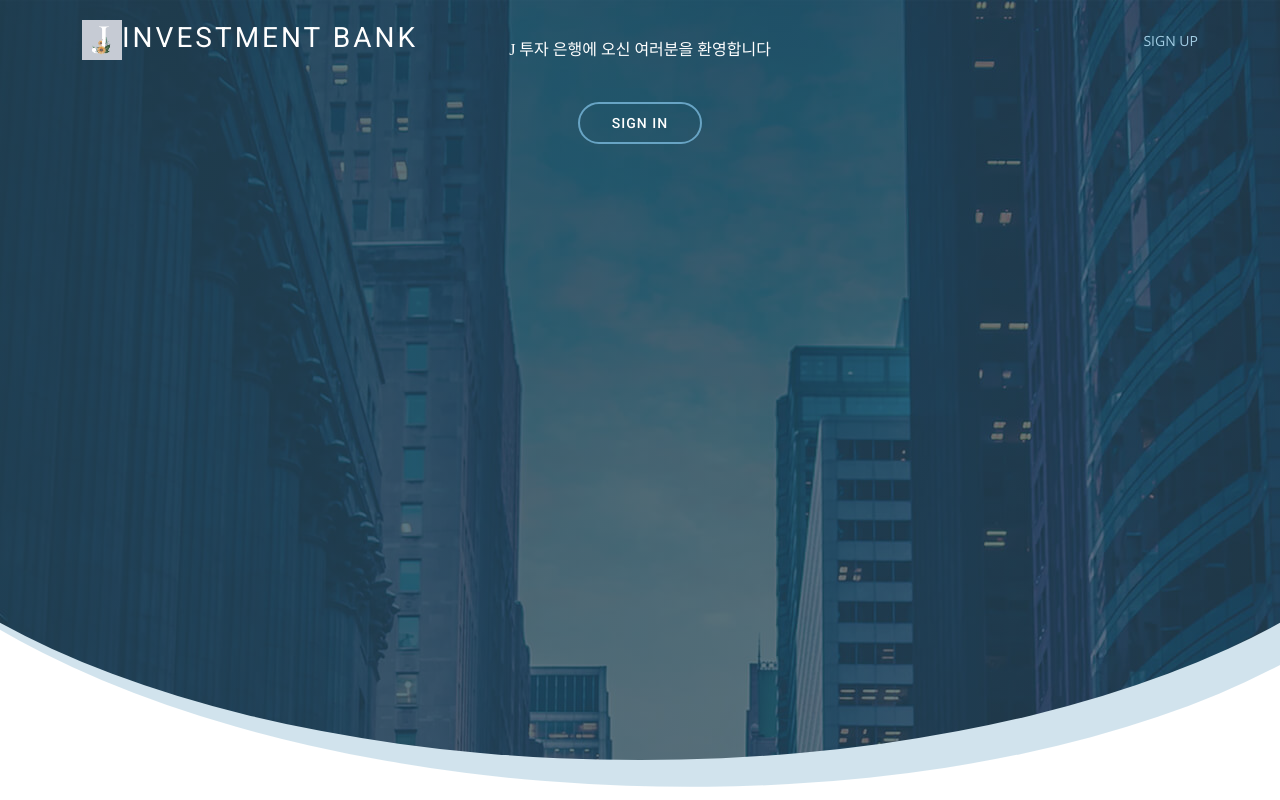
Repository: chopilyeon/HanaOpenBanking
Page: http://localhost/OpenBanking/
An editor plug-in stored every save of this project. The page is shown before and after the next save, followed by the edit.
The browser window is 1280 px wide. The pictures show the whole page.
Some web fonts or font styles are not loaded; a fallback is used. The page is served by Tomcat 9. Other server files are loaded and not shown.

Above is the page before, as saved 2022-07-15 01:02:56.

### OpenBanking/src/main/webapp/index.jsp
<%@ page language="java" contentType="text/html; charset=UTF-8"
    pageEncoding="UTF-8"%>
<!DOCTYPE html>
<html lang="en">

<head>
  <meta charset="utf-8">
  <meta content="width=device-width, initial-scale=1.0" name="viewport">

  <title>Moderna Bootstrap Template - Index</title>
  <meta content="" name="description">
  <meta content="" name="keywords">

  <!-- Favicons -->
  <link href="/OpenBanking/resources/images/img/favicon.png" rel="icon">
  <link href="/OpenBanking/resources/images/img/apple-touch-icon.png" rel="apple-touch-icon">

  <!-- Google Fonts -->
  <link href="https://fonts.googleapis.com/css?family=Open+Sans:300,300i,400,400i,600,600i,700,700i|Roboto:300,300i,400,400i,500,500i,700,700i&display=swap" rel="stylesheet">

  <!-- Vendor CSS Files -->
  <link href="/OpenBanking/resources/css/animate.min.css" rel="stylesheet">
  <link href="/OpenBanking/resources/css/aos.css" rel="stylesheet">
  <link href="/OpenBanking/resources/css/bootstrap.min.css" rel="stylesheet">
  <link href="/OpenBanking/resources/css/bootstrap-icons.css" rel="stylesheet">
  <link href="/OpenBanking/resources/css/boxicons.min.css" rel="stylesheet">
  <link href="/OpenBanking/resources/css/glightbox.min.css" rel="stylesheet">
  <link href="/OpenBanking/resources/css/swiper-bundle.min.css" rel="stylesheet">
  <link href="/OpenBanking/resources/css/onlyForMe.css" rel="stylesheet">



 <!-- FONT -->
<link rel="preconnect" href="https://fonts.googleapis.com">
<link rel="preconnect" href="https://fonts.gstatic.com" crossorigin>
<link href="https://fonts.googleapis.com/css2?family=Libre+Baskerville:ital@1&display=swap" rel="stylesheet">


  <!-- Template Main CSS File -->
  <link href="/OpenBanking/resources/css/style.css" rel="stylesheet">

  <!-- =======================================================
  * Template Name: Moderna - v4.8.0
  * Template URL: https://bootstrapmade.com/free-bootstrap-template-corporate-moderna/
  * Author: BootstrapMade.com
  * License: https://bootstrapmade.com/license/
  ======================================================== -->
</head>

<body>

  <!-- ======= Header ======= -->
  <header id="header" class="fixed-top d-flex align-items-center header-transparent">
    <div class="container d-flex justify-content-between align-items-center">

      <div class="logo">
        <h1 class="text-light"><a href="#"><img src="/OpenBanking/resources/images/J_1.jpg" alt="homepage" width="40" height="180">INVESTMENT BANK</a></h1>
        <!-- Uncomment below if you prefer to use an image logo -->
        <!-- <a href="index.html"><img src="assets/img/logo.png" alt="" class="img-fluid"></a>-->
      </div>

      <nav id="navbar" class="navbar">
        <ul>
          <li><a class="active " href="${pageContext.request.contextPath}/Member/join.do">SIGN UP</a></li>
        </ul>
        <i class="bi bi-list mobile-nav-toggle"></i>
      </nav><!-- .navbar -->

    </div>
  </header><!-- End Header -->

  <!-- ======= Hero Section ======= -->
  <section id="hero" class="d-flex justify-cntent-center align-items-center onlyme">
    <div id="heroCarousel" class="container carousel carousel-fade" data-bs-ride="carousel" data-bs-interval="5000">
      <!-- Slide 1 -->
      <div class="carousel-item active">
        <div class="carousel-container">
          <h2 class="animate__animated animate__fadeInDown">Welcome to <span>J 투자 은행</span></h2>
          <p class="animate__animated animate__fadeInUp">J 투자 은행에 오신 여러분을 환영합니다</p>
          <a href="${pageContext.request.contextPath}/login.do" class="btn-get-started animate__animated animate__fadeInUp">SIGN IN</a>
        </div>
      </div>
    </div>
  </section><!-- End Hero -->

  <!-- Vendor JS Files -->
  <script src="/OpenBanking/resources/js/purecounter.js"></script>
  <script src="/OpenBanking/resources/js/aos.js"></script>
  <script src="/OpenBanking/resources/js/bootstrap.bundle.min.js"></script>
  <script src="/OpenBanking/resources/js/glightbox.min.js"></script>
  <script src="/OpenBanking/resources/js/isotope.pkgd.min.js"></script>
  <script src="/OpenBanking/resources/js/swiper-bundle.min.js"></script>
  <script src="/OpenBanking/resources/js/noframework.waypoints.js"></script>
  <script src="/OpenBanking/resources/js/validate.js"></script>

  <!-- Template Main JS File -->
  <script src="/OpenBanking/resources/js/main.js"></script>

</body>

</html>

### OpenBanking/src/main/webapp/resources/css/onlyForMe.css
@charset "UTF-8";

body,h2,h3,h4,h5{
	font-family: 'Libre Baskerville', serif;
}

.btn btn-primary{

	font-family: 'Libre Baskerville', serif;

}

h3,p{

	font-family: 'Libre Baskerville', serif;

}





.onlyfor{
	background:url('../images/city.jpg');
	background-size:cover;

}




.onlyfor1{
	background:url('../images/river.jpg');
	background-size:cover;

}




section{
	min-height:800px;

}

.carousel-item{
	height:900px;
}



.carousel-image-1{
	background:url('/OpenBanking/resources/images/city1.jpg');
	background-size:cover;
}

.carousel-image-2{
		background:url('/OpenBanking/resources/images/picture2.jpg');
		background-size:cover;
}

.carousel-image-3{

		background:url('/OpenBanking/resources/images/coffee.jpg');
		background-size:cover;
}



.highcharts-figure,
.highcharts-data-table table {
  min-width: 360px;
  max-width: 800px;
  margin: 1em auto;
}

.highcharts-data-table table {
  font-family: Verdana, sans-serif;
  border-collapse: collapse;
  border: 1px solid #ebebeb;
  margin: 10px auto;
  text-align: center;
  width: 100%;
  max-width: 500px;
}

.highcharts-data-table caption {
  padding: 1em 0;
  font-size: 1.2em;
  color: #555;
}

.highcharts-data-table th {
  font-weight: 600;
  padding: 0.5em;
}

.highcharts-data-table td,
.highcharts-data-table th,
.highcharts-data-table caption {
  padding: 0.5em;
}

.highcharts-data-table thead tr,
.highcharts-data-table tr:nth-child(even) {
  background: #f8f8f8;
}

.highcharts-data-table tr:hover {
  background: #f1f7ff;
}

Loaded but not shown: OpenBanking/src/main/webapp/resources/css/animate.min.css (library); OpenBanking/src/main/webapp/resources/css/aos.css (library); OpenBanking/src/main/webapp/resources/css/bootstrap.min.css (library); OpenBanking/src/main/webapp/resources/css/bootstrap-icons.css (library); OpenBanking/src/main/webapp/resources/css/boxicons.min.css (library); OpenBanking/src/main/webapp/resources/css/glightbox.min.css (library); OpenBanking/src/main/webapp/resources/css/swiper-bundle.min.css (library); OpenBanking/src/main/webapp/resources/js/purecounter.js (library); OpenBanking/src/main/webapp/resources/js/aos.js (library); OpenBanking/src/main/webapp/resources/js/bootstrap.bundle.min.js (library); OpenBanking/src/main/webapp/resources/js/glightbox.min.js (library); OpenBanking/src/main/webapp/resources/js/isotope.pkgd.min.js (library); OpenBanking/src/main/webapp/resources/js/swiper-bundle.min.js (library); OpenBanking/src/main/webapp/resources/js/noframework.waypoints.js (758 lines, source omitted); OpenBanking/src/main/webapp/resources/js/main.js (230 lines, source omitted); OpenBanking/src/main/webapp/resources/js/validate.js (85 lines, source omitted); OpenBanking/src/main/webapp/resources/css/style.css (1988 lines, source omitted)

After the next save:
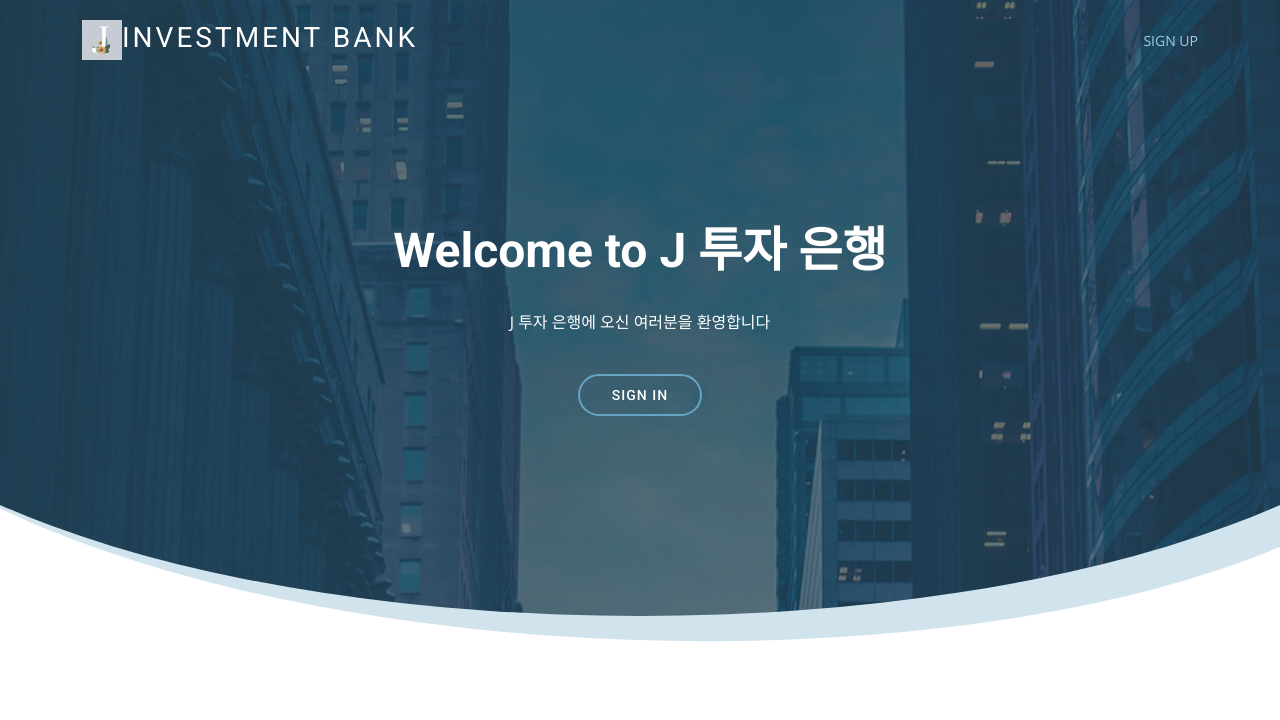
Saved 108 min 42 s later.
--- a/OpenBanking/src/main/webapp/index.jsp
+++ b/OpenBanking/src/main/webapp/index.jsp
@@ -26,7 +26,7 @@
   <link href="/OpenBanking/resources/css/boxicons.min.css" rel="stylesheet">
   <link href="/OpenBanking/resources/css/glightbox.min.css" rel="stylesheet">
   <link href="/OpenBanking/resources/css/swiper-bundle.min.css" rel="stylesheet">
-  <link href="/OpenBanking/resources/css/onlyForMe.css" rel="stylesheet">
+<!--   <link href="/OpenBanking/resources/css/onlyForMe.css" rel="stylesheet"> -->
 
 
 
